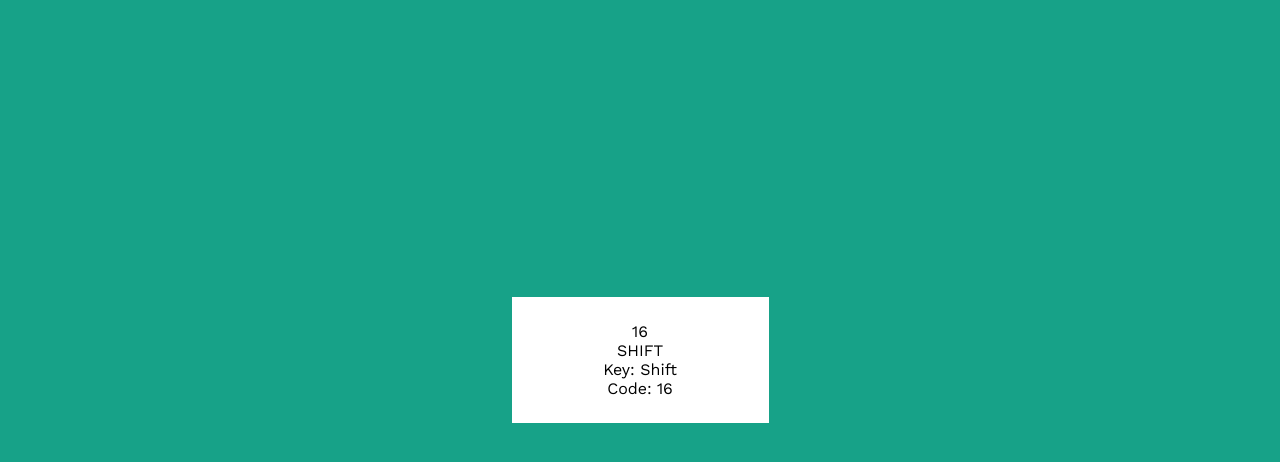
Repository: youssef168/Key-Detection
Page: index.htm
The author's editor kept a copy of each file at every save. The page is drawn from the files as they stood at one save, then again after the next save.
The browser window is 1280 px wide. The pictures show the whole page.

Above is the page before, as saved 2021-12-17 11:50:32.

### index.htm
<!DOCTYPE html>
<html lang="en">
<head>
    <meta charset="UTF-8">
    <meta http-equiv="X-UA-Compatible" content="IE=edge">
    <meta name="viewport" content="width=device-width, initial-scale=1.0">
    <link rel="stylesheet" href="./style.css">
    <title>Key Detection</title>
</head>
<body>
    <div class="box">
        <div class="content">
            <div class="key-code">16</div>
            <div class="key-name">SHIFT</div>
            <div class="details">
                <div class="key">Key: <span>Shift</span></div>
                <div class="code">Code: <span>16</span></div>
            </div>
        </div>
    </div>

    <script src="./script.js"></script>
</body>
</html>

### style.css
@import url("https://fonts.googleapis.com/css2?family=Work+Sans:ital,wght@0,300;0,400;1,400;1,500&display=swap");

* {
  font-family: "Work Sans", sans-serif;
  box-sizing: border-box;
  padding: 0;
  margin: 0;
}

ul li {
  list-style: none;
}

body {
    display: flex;
    justify-content: center;
    align-items: center;
    min-height: 100vh;
    margin: auto;
    background-color: #17A288;
}

.box {
    background: #fff;
    padding: 25px;
    width: 257px;
    text-align: center;
}

Loaded but not shown: script.js (no stored copy; drawn as an empty file)

After the next save:
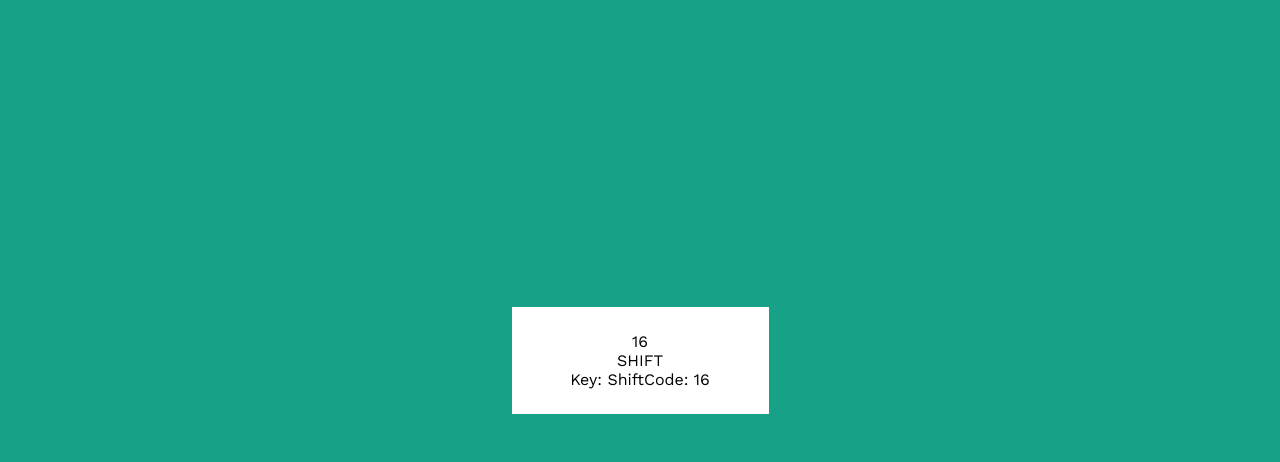
Saved 3 min 19 s later.
--- a/style.css
+++ b/style.css
@@ -24,5 +24,14 @@ body {
     background: #fff;
     padding: 25px;
     width: 257px;
-    text-align: center;
 }
+
+.content, .key-code, .details {
+    display: flex;
+    align-items: center;
+    justify-content: center;
+}
+
+.box .content {
+    flex-direction: column;
+}
